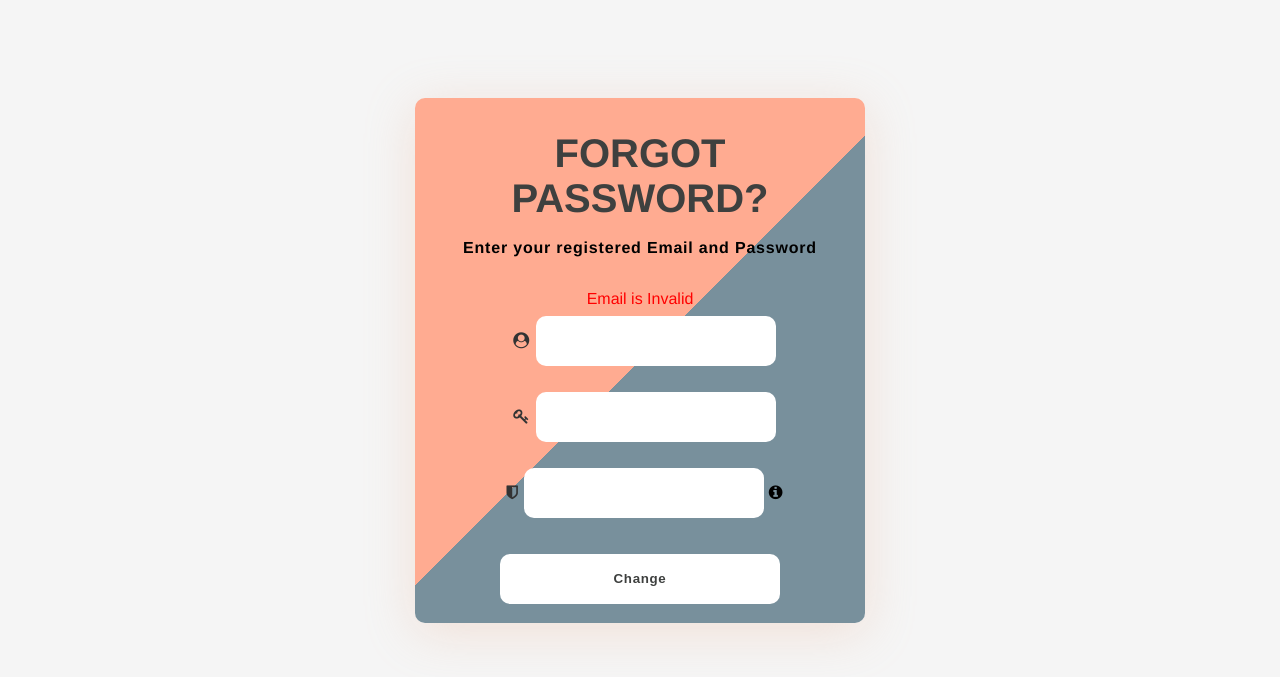
Repository: DhanushPrabha22/Zoho-Mini-Project
Page: http://localhost/ToDo_List/forgotpwd.do
An editor plug-in stored every save of this project. The page is shown before and after the next save, followed by the edit.
The browser window is 1280 px wide. The pictures show the whole page.
Some web libraries are served in a nearby version. The page is served by Tomcat 9. Other server files are loaded and not shown.

Above is the page before, as saved 2021-03-17 07:14:09.

### Todo Eclipse/ToDo_List/WebContent/forgotPwd.jsp
<!--

forgotPwd.jsp

java version "1.8.0_45"

Created By Dhanush L

-->

<%@taglib uri="http://struts.apache.org/tags-html" prefix="html"%>
<!DOCTYPE html>
<html>
<head>
	<title>To-Do</title>
	<link rel="icon" href="resources/appIcon.png">
	<link rel="stylesheet" type="text/css" href="styles/sign_in.css" />
	<link rel="stylesheet" href="https://cdnjs.cloudflare.com/ajax/libs/font-awesome/4.7.0/css/font-awesome.min.css">
	<script src="https://ajax.googleapis.com/ajax/libs/jquery/2.1.1/jquery.min.js"></script>
	<script src="scripts/forgotPwd.js"></script>
</head>
<body>
	<div class="main-div">
		<!--   con = Container  for items in the form-->
		<div class="con">
			<!--     Start  header Content  -->
			<header class="head-form">
				<h2>FORGOT PASSWORD?</h2>
				<!--     A welcome message or an explanation of the login form -->
				<br>
				<p><b>Enter your registered Email and Password</b></p>
			</header>
			<br>
			<div class="field-set">
				<html:form action="forgotpwd" method="post">
					<!--user name -->
					<html:errors property="email_e"/><br>
					<span class="input-item"><i class="fa fa-user-circle"></i></span>
					<html:text styleClass="form-input" property="email"/><br>
					<!--Password -->
					<html:errors property="password_e"/><br>
					<span class="input-item"><i class="fa fa-key"></i></span>
					<html:password styleClass="form-input" property="password"/><br>
					<html:errors property="security_e"/><br>
					<span class="input-item"><i class="fa fa-shield"></i></span>
					<html:text styleClass="form-input" property="security"/>
					<span class="input-item2"><i class="fa fa-info-circle"></i></span>
					<br><br><br>
					<html:submit styleClass="log-in button" value="Change"/>
				</html:form>
			</div>
		<!--   End Container  -->
		</div>
	<!-- End Form -->
	</div>
</body>
</html>

### Todo Eclipse/ToDo_List/src/dao/JDBC_Operations.java
package dao;

import java.sql.*;
import java.time.Period;
import java.util.regex.Pattern;


public class JDBC_Operations {


	public Connection getConnection() {
		try{
				//Database Connection
				Class.forName("com.mysql.jdbc.Driver");
				Connection conn = DriverManager.getConnection(JDBCUtils.getUrl(), JDBCUtils.getUsername(), JDBCUtils.getPassword());
				return conn;
			}catch(Exception e){
				System.out.println(e);
			}
			return null;
	}


	public boolean insertUser(String email, String pwd, String secAns){
		try{
			TrippleDES tripledes = new TrippleDES();

			String encrypted1 = tripledes.encrypt(pwd);

			String normalSecAns = noamalizeSecurityAnswer(secAns);
			String encrypted2 = tripledes.encrypt(normalSecAns);

			Connection conn = getConnection();
			String sql = "INSERT INTO logindetails(email,password,security) VALUES(?,?,?);";
			PreparedStatement stmt = conn.prepareStatement(sql);
			stmt.setString(1, email);
			stmt.setString(2, encrypted1);
			stmt.setString(3, encrypted2);
			stmt.executeUpdate();
			conn.close();
			return true;
		}catch(Exception e){
			System.out.println(e);
		}
		return false;
	}


	public boolean insertAccount(String email) {
		try{
			Connection conn = getConnection();

			String sql = "INSERT INTO accountdetails(email) VALUES(?);";
			PreparedStatement stmt = conn.prepareStatement(sql);
			stmt.setString(1, email);
			stmt.executeUpdate();
			conn.close();
			return true;
		}catch(Exception e){
			System.out.println(e);
		}
		return false;
	}


	public boolean createUserID(String email) {
		try{
			Connection conn = getConnection();

			String sql = "INSERT INTO user_id_table(email) VALUES(?);";

			PreparedStatement stmt = conn.prepareStatement(sql);
			stmt.setString(1, email);
			stmt.executeUpdate();
			conn.close();
			return true;
		}catch(Exception e){
			System.out.println(e);
		}
		return false;
	}


	public boolean updatePassword(String email, String new_pwd) {
		try{
			TrippleDES tripledes = new TrippleDES();

			String encrypted = tripledes.encrypt(new_pwd);

			Connection conn = getConnection();
			String sql = "UPDATE logindetails SET password=? WHERE email='"+email+"';";
			PreparedStatement stmt = conn.prepareStatement(sql);
			stmt.setString(1, encrypted);
			stmt.executeUpdate();
			conn.close();
			return true;
		}catch(Exception e){
			System.out.println(e);
		}
		return false;
	}


	public boolean isValid_Email(String email) {

		String emailRegex = "^[a-zA-Z0-9_+&*-]+(?:\\."+
                			"[a-zA-Z0-9_+&*-]+)*@" +
                			"(?:[a-zA-Z0-9-]+\\.)+[a-z" +
                			"A-Z]{2,7}$";
		Pattern pat = Pattern.compile(emailRegex);
		if (email == null)
            return false;
        return pat.matcher(email).matches();
	}


	public boolean isCheck_Email(String email){
		try{
			Connection conn = getConnection();
			String sql = "SELECT * FROM logindetails WHERE email='"+email+"';";
			Statement stmt = conn.createStatement();
			ResultSet rs = stmt.executeQuery(sql);
			int count = 0;
			while (rs.next())
    			count++;
    		if(count==0) {
    			rs.close();
    			conn.close();
    			return false;
    		}
    		rs.close();
			conn.close();
			return true;
		}catch(Exception e){
			System.out.println(e);
		}
		return false;
	}


	public boolean isCheck_SecurityAnswer(String email, String secAns){
		try{
			Connection conn = getConnection();
			String sql = "SELECT * FROM logindetails WHERE email='"+email+"';";
			Statement stmt = conn.createStatement();
			ResultSet rs = stmt.executeQuery(sql);
			int count = 0;
			String encryptedText = "";
			while (rs.next()){
    			count++;
    			encryptedText += rs.getString("security");
    		}
    		if(count==0) {
    			rs.close();
    			conn.close();
    			return false;
    		}
    		TrippleDES tripledes = new TrippleDES();

    		String decrypted = tripledes.decrypt(encryptedText);

    		String normalSecAns = noamalizeSecurityAnswer(secAns);

    		if(!decrypted.equalsIgnoreCase(normalSecAns)) {
    			rs.close();
    			conn.close();
    			return false;
    		}
    		rs.close();
			conn.close();
			return true;
		}catch(Exception e){
			System.out.println(e);
		}
		return false;
	}


	public boolean isCheck_Password(String email, String password) {
		try {
			Connection conn = getConnection();

			String sql = "SELECT * FROM logindetails WHERE email='"+email+"';";

			Statement stmt = conn.createStatement();
			ResultSet rs = stmt.executeQuery(sql);
			int count = 0;
			String encryptedText = "";
			while (rs.next()){
    			count++;
    			encryptedText += rs.getString("password");
    		}
    		if(count==0) {
    			rs.close();
    			conn.close();
    			return false;
    		}
    		TrippleDES tripledes = new TrippleDES();

    		String decrypted = tripledes.decrypt(encryptedText);
    		if(!decrypted.equals(password)) {
    			rs.close();
    			conn.close();
    			return false;
    		}
    		rs.close();
			conn.close();
			return true;
		}catch(Exception e){
			System.out.println(e);
		}
		return false;
	}


	public boolean isCheckStatus(String email, String password) {
		try {
			long millis = System.currentTimeMillis();
			Date currDate = new java.sql.Date(millis);
			Date lockedDate;
			int years=0, months=0, days=0;

			Connection conn = getConnection();

			String sql = "SELECT account_status, locked_date FROM accountdetails WHERE email='"+email+"';";

			Statement stmt = conn.createStatement();
			ResultSet rs = stmt.executeQuery(sql);
			rs.next();
			if(rs.getInt("account_status")==1) {
				rs.close();
				conn.close();
				return true;
			}else {
				lockedDate = rs.getDate("locked_date");
				if(lockedDate!=null && isCheck_Password(email, password)) {
					Period age = Period.between(lockedDate.toLocalDate(), currDate.toLocalDate());
					years = age.getYears();
					months = age.getMonths();
					days = age.getDays();
					if(years>0 || months>0 || days>2) {
						unlockAccount(email);
						rs.close();
						conn.close();
						return true;
					}
				}
			}
			rs.close();
			conn.close();
		}catch(Exception e){
			System.out.println(e);
		}
		return false;
	}


	public void updateBadLogins(String email) {
		try {
			Connection conn = getConnection();

			String sql = "SELECT bad_logins, account_status FROM accountdetails WHERE email='"+email+"';";

			Statement stmt = conn.createStatement();
			ResultSet rs = stmt.executeQuery(sql);
			rs.next();
			int badLogins = rs.getInt("bad_logins");


			if((badLogins+1)>2) {
				lockAccount(email);
				resetBadLogins(email);
			}else {
				increaseBadLogin(email, badLogins);
			}

			rs.close();
			conn.close();
		}catch(Exception e){
			System.out.println(e);
		}
	}


	public void resetBadLogins(String email) {
		try {
			Connection conn = getConnection();

			String sql = "UPDATE accountdetails SET bad_logins=? WHERE email='"+email+"';";

			PreparedStatement stmt = conn.prepareStatement(sql);
			stmt.setInt(1, 0);
			stmt.executeUpdate();
			conn.close();
		}catch(Exception e){
			System.out.println(e);
		}
	}


	public void increaseBadLogin(String email, int badLogins) {
		try {
			Connection conn = getConnection();

			String sql = "UPDATE accountdetails SET bad_logins=? WHERE email='"+email+"';";

			PreparedStatement stmt = conn.prepareStatement(sql);
			stmt.setInt(1, badLogins+1);
			stmt.executeUpdate();
			conn.close();
		}catch(Exception e){
			System.out.println(e);
		}
	}


	public void unlockAccount(String email) {
		try {
			Connection conn = getConnection();

			String sql = "UPDATE accountdetails SET account_status=?, locked_date=? WHERE email='"+email+"';";

			PreparedStatement stmt = conn.prepareStatement(sql);
			stmt.setInt(1, 1);
			stmt.setDate(2, null);
			stmt.executeUpdate();
			conn.close();
		}catch(Exception e){
			System.out.println(e);
		}
	}


	public void lockAccount(String email) {
		try {
			long millis = System.currentTimeMillis();
			Date currDate = new java.sql.Date(millis);

			Connection conn = getConnection();

			String sql = "UPDATE accountdetails SET account_status=?, locked_date=? WHERE email='"+email+"';";

			PreparedStatement stmt = conn.prepareStatement(sql);
			stmt.setInt(1, 0);
			stmt.setDate(2, currDate);
			stmt.executeUpdate();
			conn.close();
		}catch(Exception e){
			System.out.println(e);
		}
	}

	public String noamalizeSecurityAnswer(String secAns) {
		String result = secAns.replaceAll("[^A-Za-z0-9]","");
		return result;
	}
}

### Todo Eclipse/ToDo_List/WebContent/styles/sign_in.css

* {
    padding: 0;
    margin: 0;
    box-sizing: border-box;
}

body {
  font-family: Helvetica, san-serif;
  overflow-x: hidden;
  overflow-y: hidden;
  background-color: #f5f5f5;
}

.main-div{
	box-shadow: 0 9px 50px hsla(20, 67%, 75%, 0.31);
	position: absolute;
	margin: auto;
  	top: 0;
  	right: 0;
  	bottom: 0;
  	left: 0;
	width: 450px;
	background-image: linear-gradient(-225deg, #FFAB91 50%, #78909C 50%);
    height: 525px;
	text-align:center;
    border-radius: 10px;
    padding: 2%;
}

.field-set{
	margin-top: -25px;
}

/* the header form form */
header {
    margin: 2% auto 10% auto;
    text-align: center;
}
/* Login title form form */
header h2 {
    font-size: 250%;
    color: #3e403f;
}
/*  A welcome message or an explanation of the login form */
header p {letter-spacing: 0.05em;}


.input-item {
    background: transparent;
    color: #333;
    padding: 14.5px 0px 15px 9px;
    margin-right: 2px;
}

.tooltip {
  position: relative;
  display: inline-block;
  margin-right: 2px;
}

.tooltip .tooltiptext {
  visibility: hidden;
  width: 225px;
  background-color: #37474F;
  color: #fff;
  text-align: center;
  border-radius: 6px;
  padding: 5px 0;

  /* Position the tooltip */
  position: absolute;
  z-index: 1;
}

.tooltip:hover .tooltiptext {
  visibility: visible;
}


/* inputs form  */
.form-input{
    width: 240px;
    height: 50px;
    margin-top: 2%;
    padding: 15px;
    font-size: 16px;
    font-family: 'Abel', sans-serif;
    color: #5E6472;
    outline: none;
    border: none;
    border-radius: 10px;
    transition: 0.2s linear;

}

.form-input:focus {
    transform: translateX(-2px);
    border-radius: 5px;
}


.button {
    display: inline-block;
    color: #3e403f;
    width: 280px;
    height: 50px;
    padding: 0 20px;
    background: #fff;
    border-radius: 10px;
    outline: none;
    border: none;
    cursor: pointer;
    text-align: center;
    transition: all 0.2s linear;
    font-weight: bold;
    margin: 0 auto;
    letter-spacing: 0.05em;
}
/* Submits */
.submits {
    width: 48%;
    display: inline-block;
    float: left;
    margin-left: 2%;
}

/* Forgot Password button FAF3DD  */
.frgt-pass {background: transparent;}

/*     Sign Up button  */
.sign-up {background: #B8F2E6;}


/* buttons hover */
.button:hover {
    transform: translatey(3px);
    box-shadow: none;
}

/* buttons hover Animation */
.button:hover {
    animation: ani9 0.4s ease-in-out infinite alternate;
}
@keyframes ani9 {
    0% {
        transform: translateY(3px);
    }
    100% {
        transform: translateY(5px);
    }
}

Loaded but not shown: Todo Eclipse/ToDo_List/WebContent/scripts/forgotPwd.js (no copy from this time; the picture is the same without it)

After the next save:
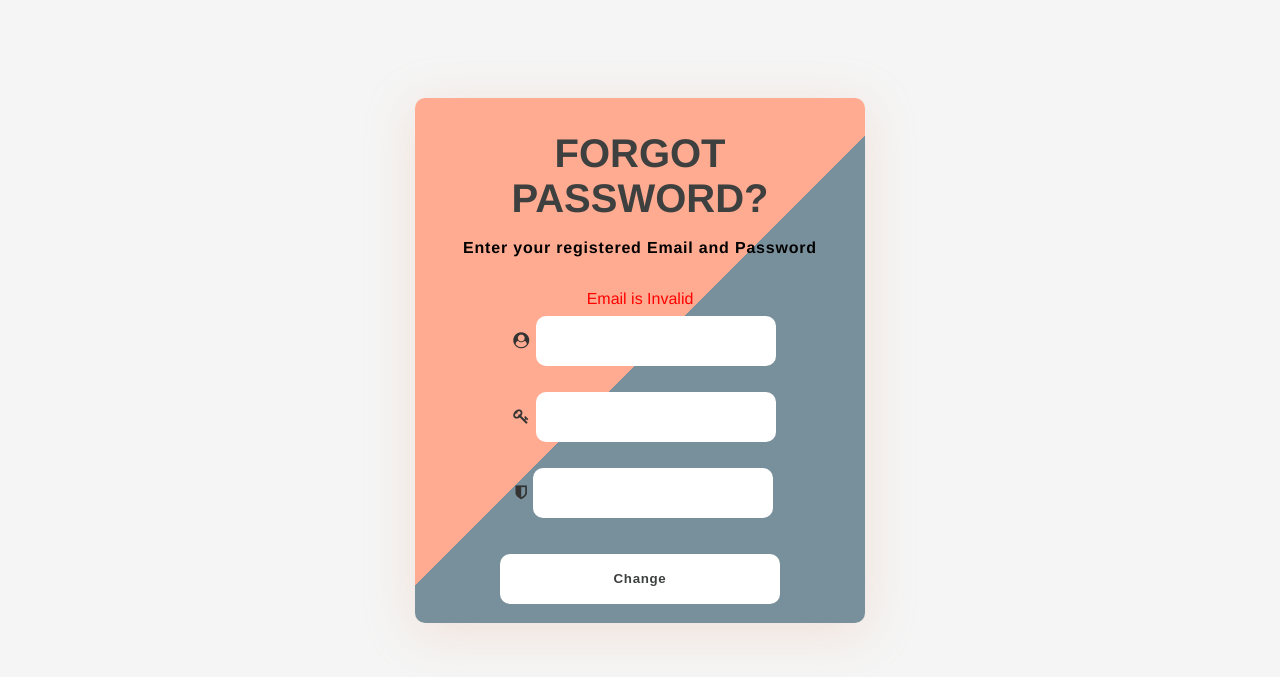
Saved 9 s later.
--- a/Todo Eclipse/ToDo_List/WebContent/forgotPwd.jsp
+++ b/Todo Eclipse/ToDo_List/WebContent/forgotPwd.jsp
@@ -44,7 +44,7 @@ Created By Dhanush L
 					<html:errors property="security_e"/><br>
 					<span class="input-item"><i class="fa fa-shield"></i></span>
 					<html:text styleClass="form-input" property="security"/>
-					<span class="input-item2"><i class="fa fa-info-circle"></i></span>
+
 					<br><br><br>
 					<html:submit styleClass="log-in button" value="Change"/>
 				</html:form>
